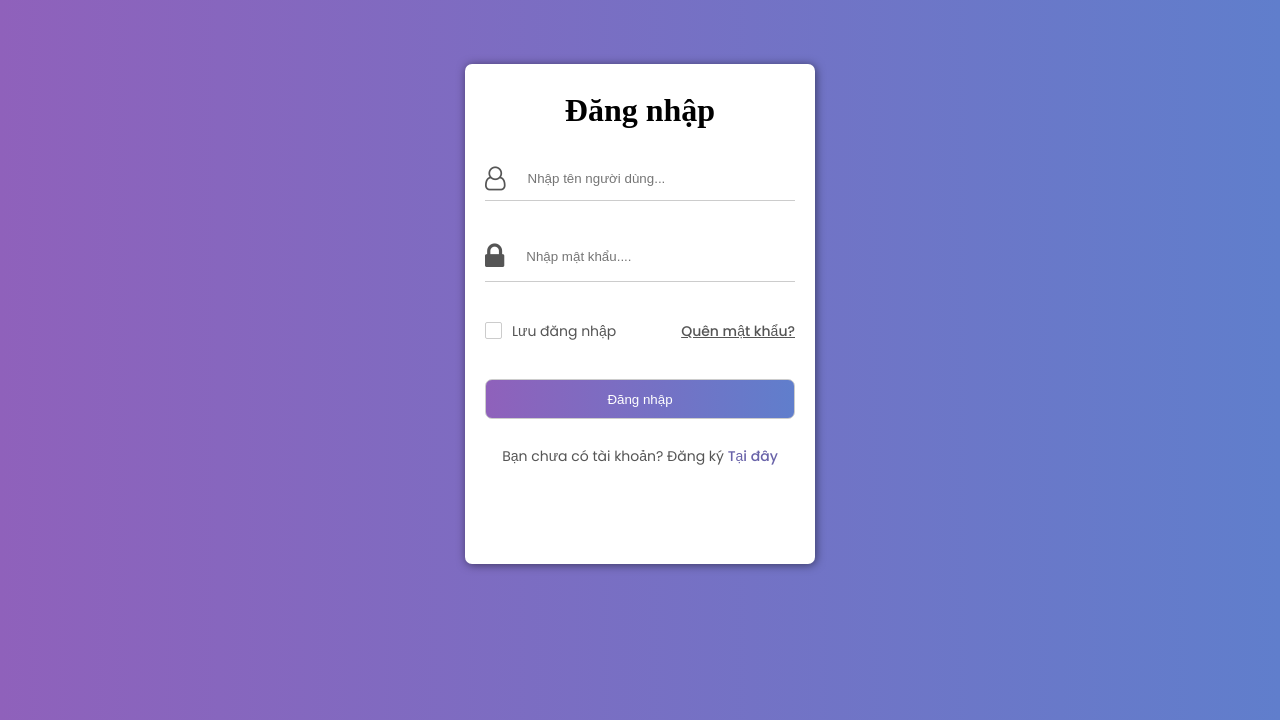
Repository: Nieday306/shophoaqua
Page: login.html
An editor plug-in stored every save of this project. The page is shown before and after the next save, followed by the edit.
The browser window is 1280 px wide. The pictures show the whole page.

Above is the page before, as saved 2024-04-06 19:31:41.

### login.html
<!DOCTYPE html>
<html lang="en">
  <head>
    <meta charset="UTF-8" />
    <meta name="viewport" content="width=device-width, initial-scale=1.0" />
    <!-- reset css -->
    <link rel="stylesheet" href="./assets/css/reset.css" />
    <!-- style css -->
    <link rel="stylesheet" href="./assets/css/style.css" />
    <!-- login css -->
    <link rel="stylesheet" href="./assets/css/login.css" />
    <!-- font  -->
    <link rel="stylesheet" href="./assets/font/stylesheet.css" />
    <title>CTN - Đăng nhập</title>
    <!-- font awesome -->
    <link
      rel="stylesheet"
      href="https://cdnjs.cloudflare.com/ajax/libs/font-awesome/4.7.0/css/font-awesome.min.css"
    />
  </head>
  <body>
    <main>
      <div class="login">
        <form
          action="https://api-gateway.fullstack.edu.vn/action_page.php"
          method="post"
          autocomplete="off"
        >
          <h1 class="login-title">Đăng nhập</h1>
          <div class="form-group">
            <div class="row row-text">
              <label for="username"
                ><i class="fa fa-user-o" style="font-size: 24px"></i
              ></label>
              <input
                type="text"
                name="username"
                id="username"
                placeholder="Nhập tên người dùng..."
                required
                minlength="8"
              />
            </div>
            <p class="form-error">* Nhập từ 8 ký tự trở lên</p>
          </div>
          <div class="form-group">
            <div class="row row-text">
              <label for="password">
                <i class="fa fa-lock" style="font-size: 30px"></i>
              </label>
              <input
                type="text"
                name="password"
                id="password"
                placeholder="Nhập mật khẩu...."
                required
                minlength="8"
                pattern="/^[a-zA-Z0-9!@#\$%\^\&*_=+-]{8,12}$/g"
              />
            </div>
            <p class="form-error">* Nhập từ 8 kí tự trở lên</p>
          </div>
          <div class="form-group">
            <div class="row row-remember">
              <input type="checkbox" name="remember" id="remember" hidden />
              <label class="remember" for="remember">Lưu đăng nhập</label>
              <a href="#!" class="forgot-pass">Quên mật khẩu?</a>
            </div>
          </div>
          <div class="form-group">
            <div class="row row-btn">
              <input type="submit" value="Đăng nhập" class="submit" />
            </div>

              <p class="register">
                Bạn chưa có tài khoản? Đăng ký <a href="#!">Tại đây</a>
            </div>
          </div>
        </form>
      </div>
    </main>
  </body>
</html>

### assets/css/style.css
* {
  box-sizing: border-box;
}

html,
body {
  scroll-behavior: smooth;
}

html {
  font-size: 62.5%;
}

body {
  font-size: 1.6rem;
  font-family: "Poppins", sans-serif;
  margin: 0px auto;
}

### assets/css/login.css
:root {
  --color-word: #feffff;
}

body {
  background-image: linear-gradient(to right, #8f61bb, #607ecc);
}

/* ==================common=================== */
a {
  text-decoration: none;
  color: var(--color-word);
  font-size: 1.4rem;
  font-weight: 500;
}
/* main */

main {
  display: flex;
}

.login {
  background-color: #fff;
  width: 350px;
  min-height: 500px;
  margin: 5% auto;
  border-radius: 7px;
  box-shadow: 1px 1px 10px rgb(0, 0, 0, 0.5);
  padding: 0 20px;
}

.row {
  display: flex;
  justify-content: space-between;
  align-items: center;
}

.login-title {
  margin-top: 30px;
  font-family: "Times New Roman", Times, serif;
  font-size: 3.2rem;
  font-weight: 600;
  color: #000;
  text-align: center;
  margin-bottom: 40px;
}

.fa,
input {
  color: #555;
}

input[type="text"] {
  width: 100%;
  background-color: transparent;
  outline: none;
  border: none;
  margin-left: 20px;
}

.row-text {
  padding-bottom: 10px;
  border-bottom: 1px solid #ccc;
}

.form-error {
  color: red;
  opacity: 0.9;
  font-size: 1.3rem;
  margin: 7px 0 20px;
  visibility: hidden;
  transition: visibility 0.5s;
}

input[type="text"]:has(:invalid) + .form-error {
  visibility: visible;
}

.row-remember {
  margin-top: 10px;
}

.remember {
  position: relative;
  display: flex;
  align-items: center;
  gap: 10px;
  color: #555;
  font-size: 1.4rem;
}

.remember::before {
  content: "";
  display: inline-block;
  width: 15px;
  height: 15px;
  background-color: #fff;
  border: 1px solid#ccc;
  border-radius: 2px;
}

input[type="checkbox"]:checked ~ .remember::after {
  position: absolute;
  content: "";
  display: inline-block;
  height: 5px;
  width: 10px;
  top: 2px;
  left: 2px;
  border: 3px solid #737499;
  border-top: none;
  border-right: none;
  rotate: -45deg;
}

.remember::before,
.remember::after {
  cursor: pointer;
}

.forgot-pass {
  color: #555;
  text-decoration: underline;
}

.row-btn {
  margin-top: 40px;
}

.submit {
  width: 100%;
  height: 40px;
  outline: none;
  border: none;
  border: 1px solid #ccc;
  border-radius: 7px;
  background-image: linear-gradient(to right, #8f61bb, #607ecc);
  color: #fff;
  cursor: pointer;
}
.submit:hover {
  opacity: 0.9;
}

.register {
  text-align: center;
  margin-top: 30px;
  color: #555;
  font-size: 1.4rem;
}

.register a {
  color: rgb(105, 99, 169);
}

### assets/font/stylesheet.css
@font-face {
    font-family: 'Poppins';
    src: url('Poppins-Black.woff2') format('woff2'),
        url('Poppins-Black.woff') format('woff');
    font-weight: 900;
    font-style: normal;
    font-display: swap;
}

@font-face {
    font-family: 'Poppins';
    src: url('Poppins-Bold.woff2') format('woff2'),
        url('Poppins-Bold.woff') format('woff');
    font-weight: bold;
    font-style: normal;
    font-display: swap;
}

@font-face {
    font-family: 'Poppins';
    src: url('Poppins-BlackItalic.woff2') format('woff2'),
        url('Poppins-BlackItalic.woff') format('woff');
    font-weight: 900;
    font-style: italic;
    font-display: swap;
}

@font-face {
    font-family: 'Poppins';
    src: url('Poppins-BoldItalic.woff2') format('woff2'),
        url('Poppins-BoldItalic.woff') format('woff');
    font-weight: bold;
    font-style: italic;
    font-display: swap;
}

@font-face {
    font-family: 'Poppins';
    src: url('Poppins-ExtraLightItalic.woff2') format('woff2'),
        url('Poppins-ExtraLightItalic.woff') format('woff');
    font-weight: 200;
    font-style: italic;
    font-display: swap;
}

@font-face {
    font-family: 'Poppins';
    src: url('Poppins-ExtraBoldItalic.woff2') format('woff2'),
        url('Poppins-ExtraBoldItalic.woff') format('woff');
    font-weight: bold;
    font-style: italic;
    font-display: swap;
}

@font-face {
    font-family: 'Poppins';
    src: url('Poppins-ExtraBold.woff2') format('woff2'),
        url('Poppins-ExtraBold.woff') format('woff');
    font-weight: bold;
    font-style: normal;
    font-display: swap;
}

@font-face {
    font-family: 'Poppins';
    src: url('Poppins-Italic.woff2') format('woff2'),
        url('Poppins-Italic.woff') format('woff');
    font-weight: normal;
    font-style: italic;
    font-display: swap;
}

@font-face {
    font-family: 'Poppins';
    src: url('Poppins-ExtraLight.woff2') format('woff2'),
        url('Poppins-ExtraLight.woff') format('woff');
    font-weight: 200;
    font-style: normal;
    font-display: swap;
}

@font-face {
    font-family: 'Poppins';
    src: url('Poppins-Regular.woff2') format('woff2'),
        url('Poppins-Regular.woff') format('woff');
    font-weight: normal;
    font-style: normal;
    font-display: swap;
}

@font-face {
    font-family: 'Poppins';
    src: url('Poppins-LightItalic.woff2') format('woff2'),
        url('Poppins-LightItalic.woff') format('woff');
    font-weight: 300;
    font-style: italic;
    font-display: swap;
}

@font-face {
    font-family: 'Poppins';
    src: url('Poppins-SemiBold.woff2') format('woff2'),
        url('Poppins-SemiBold.woff') format('woff');
    font-weight: 600;
    font-style: normal;
    font-display: swap;
}

@font-face {
    font-family: 'Poppins';
    src: url('Poppins-Light.woff2') format('woff2'),
        url('Poppins-Light.woff') format('woff');
    font-weight: 300;
    font-style: normal;
    font-display: swap;
}

@font-face {
    font-family: 'Poppins';
    src: url('Poppins-Medium.woff2') format('woff2'),
        url('Poppins-Medium.woff') format('woff');
    font-weight: 500;
    font-style: normal;
    font-display: swap;
}

@font-face {
    font-family: 'Poppins';
    src: url('Poppins-MediumItalic.woff2') format('woff2'),
        url('Poppins-MediumItalic.woff') format('woff');
    font-weight: 500;
    font-style: italic;
    font-display: swap;
}

@font-face {
    font-family: 'Poppins';
    src: url('Poppins-Thin.woff2') format('woff2'),
        url('Poppins-Thin.woff') format('woff');
    font-weight: 100;
    font-style: normal;
    font-display: swap;
}

@font-face {
    font-family: 'Poppins';
    src: url('Poppins-ThinItalic.woff2') format('woff2'),
        url('Poppins-ThinItalic.woff') format('woff');
    font-weight: 100;
    font-style: italic;
    font-display: swap;
}

@font-face {
    font-family: 'Poppins';
    src: url('Poppins-SemiBoldItalic.woff2') format('woff2'),
        url('Poppins-SemiBoldItalic.woff') format('woff');
    font-weight: 600;
    font-style: italic;
    font-display: swap;
}

Loaded but not shown: assets/css/reset.css (common file)

After the next save:
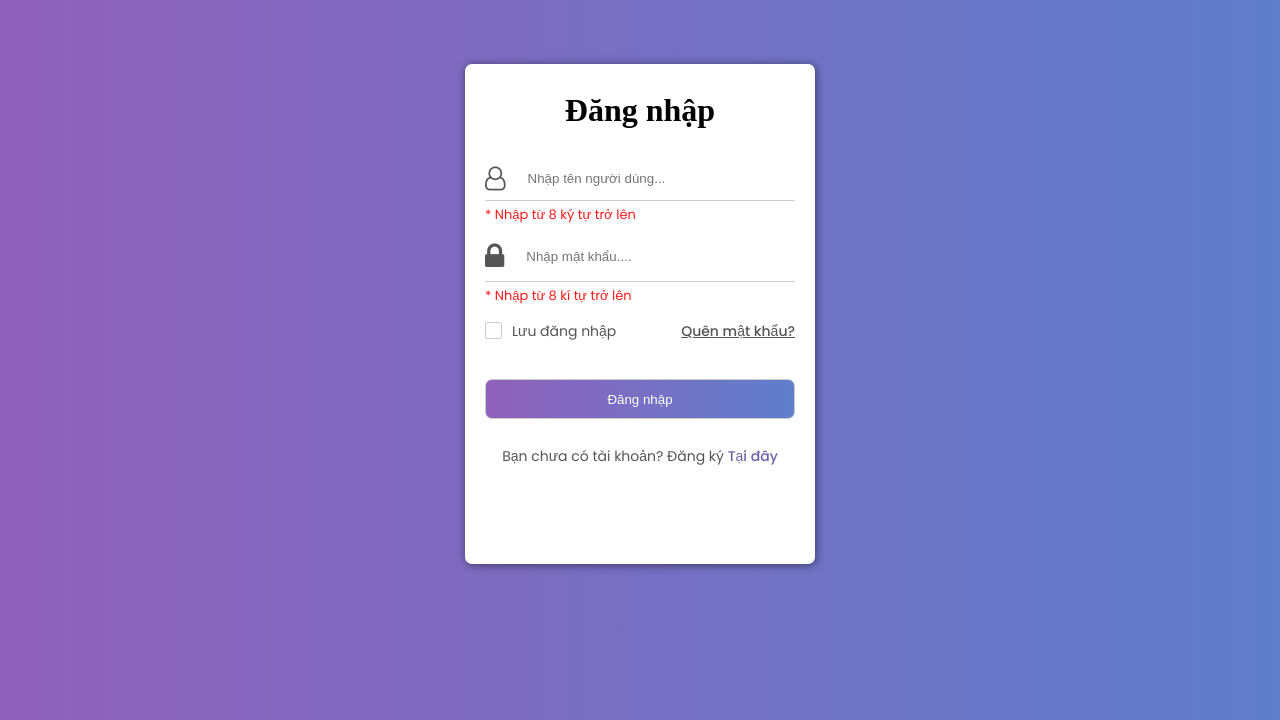
Saved 10 min 15 s later.
--- a/assets/css/login.css
+++ b/assets/css/login.css
@@ -72,7 +72,7 @@
   transition: visibility 0.5s;
 }
 
-input[type="text"]:has(:invalid) + .form-error {
+.form-group:has(:invalid) .form-error {
   visibility: visible;
 }
 

After the 2 saves that followed:
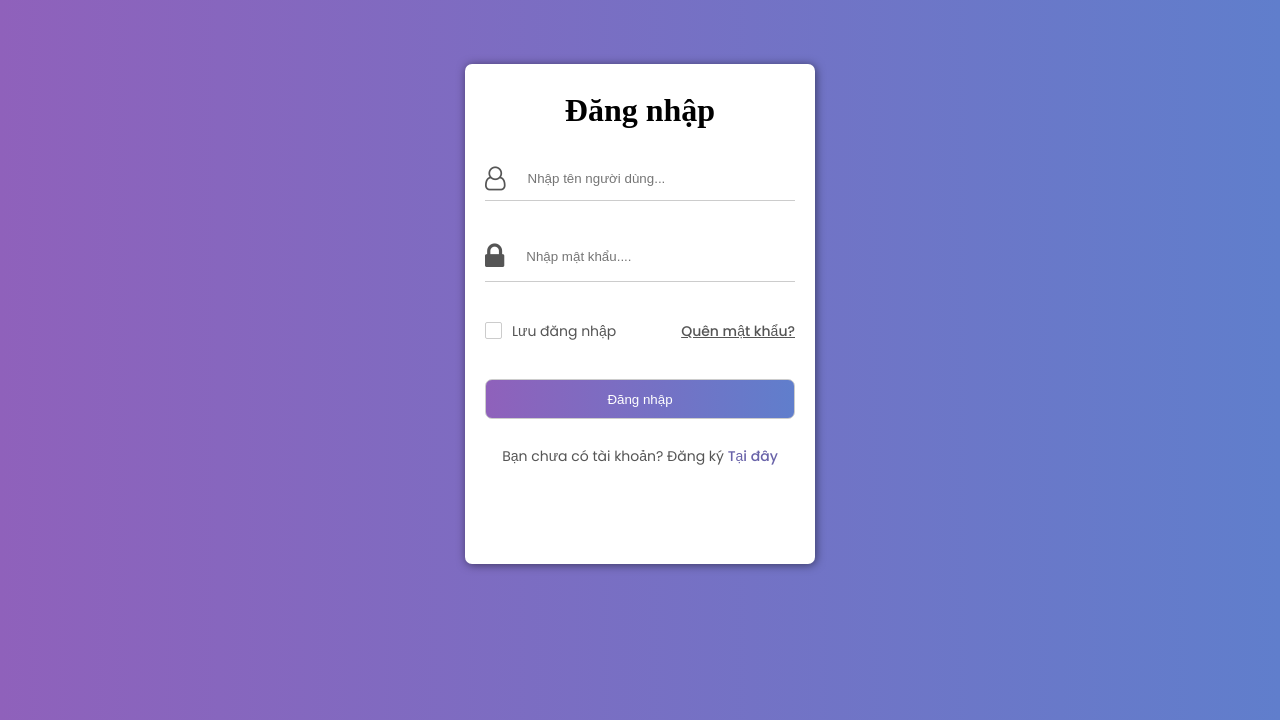
The 2 saves are shown as one change because 1 left the picture as it was.
The last was saved 107 s later.
--- a/login.html
+++ b/login.html
@@ -55,7 +55,7 @@
                 placeholder="Nhập mật khẩu...."
                 required
                 minlength="8"
-                pattern="/^[a-zA-Z0-9!@#\$%\^\&*_=+-]{8,12}$/g"
+
               />
             </div>
             <p class="form-error">* Nhập từ 8 kí tự trở lên</p>
--- a/assets/css/login.css
+++ b/assets/css/login.css
@@ -72,7 +72,7 @@
   transition: visibility 0.5s;
 }
 
-.form-group:has(:invalid) .form-error {
+.form-group:has(:invalid:not(::placeholder)) .form-error {
   visibility: visible;
 }
 
